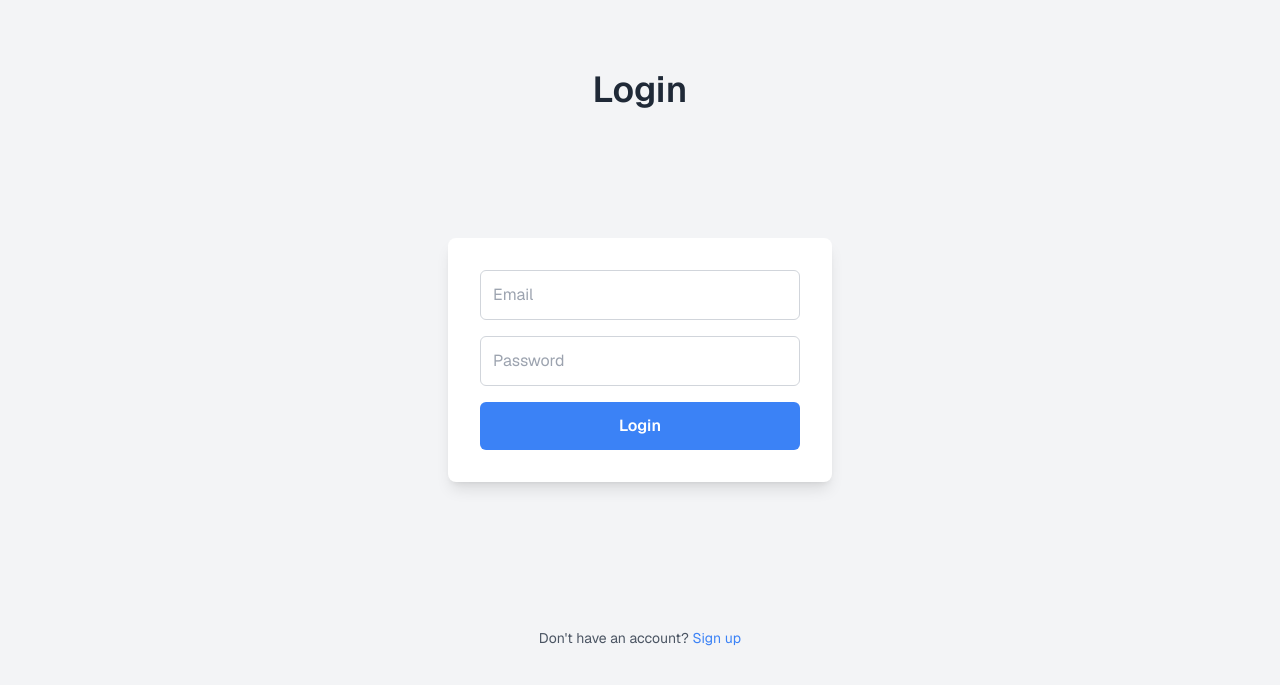
Repository: duresaguye/ethiolostandfound
Page: /login
An editor plug-in stored every save of this project. The page is shown before and after the next save, followed by the edit.
The browser window is 1280 px wide. The pictures show the whole page.
The project was rebuilt for these pictures with package versions that can differ from the ones it lists, and the page was loaded fresh each time. The framework's server and built-in components were replaced by stand-ins that run in the browser. Also part of the build but not shown: next.config.mjs.

Above is the page before, as saved 2025-02-03 22:05:22.

### src/app/login/page.js
"use client"
import React from "react";
import { useState } from "react";
import { authClient } from "../../../lib/auth-client";

export default function LoginPage() {
    const [email, setEmail] = useState("");
    const [password, setPassword] = useState("");


    const signIn = async () => {

        const { data, error } = await authClient.signIn.email({
            email,
            password,
          callbackURL: '/dashboard'
         }, {
            onRequest: (ctx) => {
                // Show loading indicator
            },
            onSuccess: (ctx) => {
                // Redirect to dashboard
                form.reset();

            },
            onError: (ctx) => {
              alert(ctx.error.message);
            },
          });
      };
    return (
        <div className="grid grid-rows-[20px_1fr_20px] items-center justify-items-center min-h-screen p-8 pb-20 gap-16 sm:p-20 font-[family-name:var(--font-geist-sans)] bg-gray-100">
            <h1 className="text-4xl font-semibold text-gray-800">Login</h1>

            <form className="flex flex-col justify-center items-center space-y-4 bg-white text-gray-800 p-8 shadow-lg rounded-lg w-full max-w-sm">
            <input
          type="email"
          placeholder="Email"
          value={email}
          onChange={(e) => setEmail(e.target.value)}
          className="w-full p-3 border border-gray-300 rounded-md focus:outline-none focus:ring-2 focus:ring-blue-400"
        />
        <input
          type="password"
          placeholder="Password"
          value={password}
          onChange={(e) => setPassword(e.target.value)}
          className="w-full p-3 border border-gray-300 rounded-md focus:outline-none focus:ring-2 focus:ring-blue-400"
        />
                <button
                    type="submit"
                    className="w-full p-3 bg-blue-500 text-white font-semibold rounded-md hover:bg-blue-600 transition-all"
                >
                    Login
                </button>
            </form>

            <p className="text-center text-sm text-gray-600 mt-4">
                Don't have an account? <a href="/signup" className="text-blue-500 hover:underline">Sign up</a>
            </p>
        </div>
    );
}

### lib/auth-client.ts
import { createAuthClient } from "better-auth/react"
export const authClient =  createAuthClient({
    baseURL: "http://localhost:3000" // the base url of your auth server
})

Loaded but not shown: src/app/layout.js (common file); src/app/globals.css (common file); tailwind.config.mjs (common file)

After the next save:
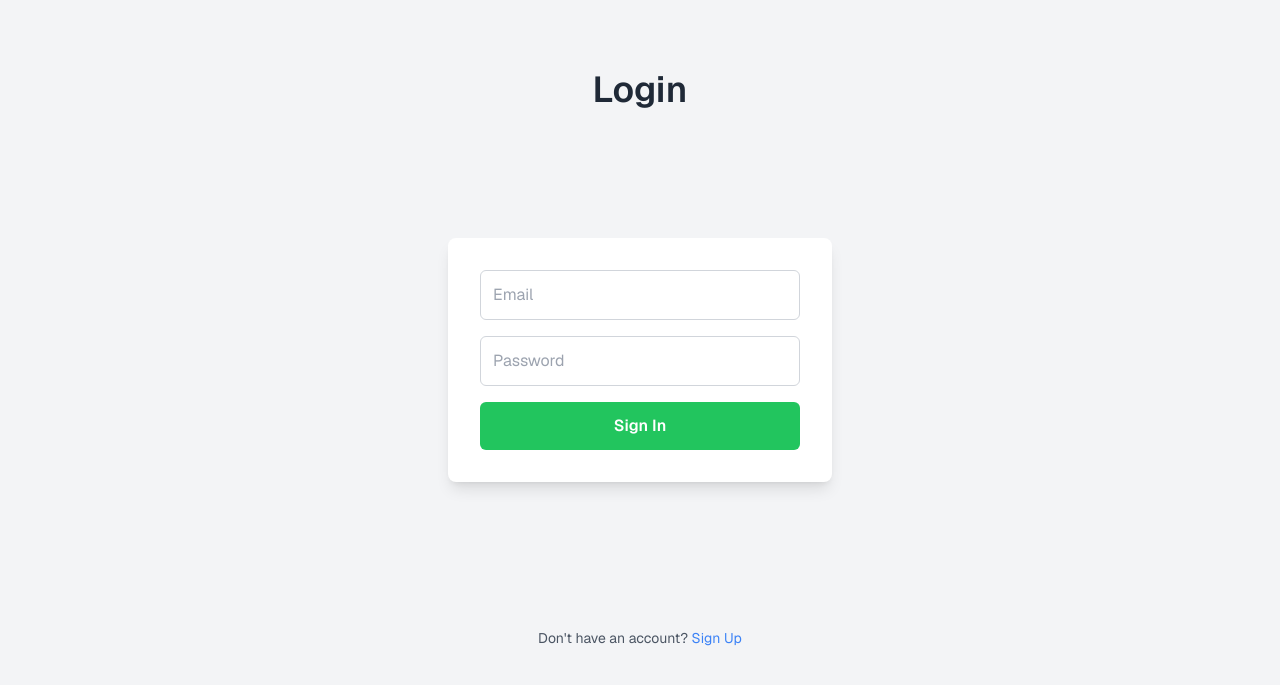
Saved 51 s later.
--- a/src/app/login/page.js
+++ b/src/app/login/page.js
@@ -4,36 +4,46 @@ import { useState } from "react";
 import { authClient } from "../../../lib/auth-client";
 
 export default function LoginPage() {
-    const [email, setEmail] = useState("");
-    const [password, setPassword] = useState("");
+  const [email, setEmail] = useState("");
+  const [password, setPassword] = useState("");
 
+  const signIn = async () => {
+    try {
+      const { data, error } = await authClient.signIn.email({
+        email,
+        password,
+      }, {
+        onRequest: (ctx) => {
+          // Show loading indicator
+          console.log("Request started");
+        },
+        onSuccess: (ctx) => {
+          // Redirect to dashboard
+          console.log("Sign-in successful");
+          window.location.href = '/dashboard';
+        },
+        onError: (ctx) => {
+          console.error("Sign-in error:", ctx.error.message);
+          alert(ctx.error.message);
+        },
+      });
 
-    const signIn = async () => {
+      if (error) {
+        console.error("Sign-in error:", error.message);
+        alert(error.message);
+      }
+    } catch (err) {
+      console.error("Unexpected error:", err);
+      alert("An unexpected error occurred. Please try again.");
+    }
+  };
 
-        const { data, error } = await authClient.signIn.email({
-            email,
-            password,
-          callbackURL: '/dashboard'
-         }, {
-            onRequest: (ctx) => {
-                // Show loading indicator
-            },
-            onSuccess: (ctx) => {
-                // Redirect to dashboard
-                form.reset();
+  return (
+    <div className="grid grid-rows-[20px_1fr_20px] items-center justify-items-center min-h-screen p-8 pb-20 gap-16 sm:p-20 font-[family-name:var(--font-geist-sans)] bg-gray-100">
+      <h1 className="text-4xl font-semibold text-gray-800">Login</h1>
 
-            },
-            onError: (ctx) => {
-              alert(ctx.error.message);
-            },
-          });
-      };
-    return (
-        <div className="grid grid-rows-[20px_1fr_20px] items-center justify-items-center min-h-screen p-8 pb-20 gap-16 sm:p-20 font-[family-name:var(--font-geist-sans)] bg-gray-100">
-            <h1 className="text-4xl font-semibold text-gray-800">Login</h1>
-
-            <form className="flex flex-col justify-center items-center space-y-4 bg-white text-gray-800 p-8 shadow-lg rounded-lg w-full max-w-sm">
-            <input
+      <form className="flex flex-col justify-center items-center space-y-4 bg-white p-8 shadow-lg rounded-lg w-full max-w-sm" onSubmit={(e) => { e.preventDefault(); signIn(); }}>
+        <input
           type="email"
           placeholder="Email"
           value={email}
@@ -47,17 +57,17 @@ export default function LoginPage() {
           onChange={(e) => setPassword(e.target.value)}
           className="w-full p-3 border border-gray-300 rounded-md focus:outline-none focus:ring-2 focus:ring-blue-400"
         />
-                <button
-                    type="submit"
-                    className="w-full p-3 bg-blue-500 text-white font-semibold rounded-md hover:bg-blue-600 transition-all"
-                >
-                    Login
-                </button>
-            </form>
+        <button
+          type="submit"
+          className="w-full p-3 bg-green-500 text-white font-semibold rounded-md hover:bg-green-600 transition-all"
+        >
+          Sign In
+        </button>
+      </form>
 
-            <p className="text-center text-sm text-gray-600 mt-4">
-                Don't have an account? <a href="/signup" className="text-blue-500 hover:underline">Sign up</a>
-            </p>
-        </div>
-    );
+      <p className="text-center text-sm text-gray-600 mt-4">
+        Don't have an account? <a href="/signup" className="text-blue-500 hover:underline">Sign Up</a>
+      </p>
+    </div>
+  );
 }
